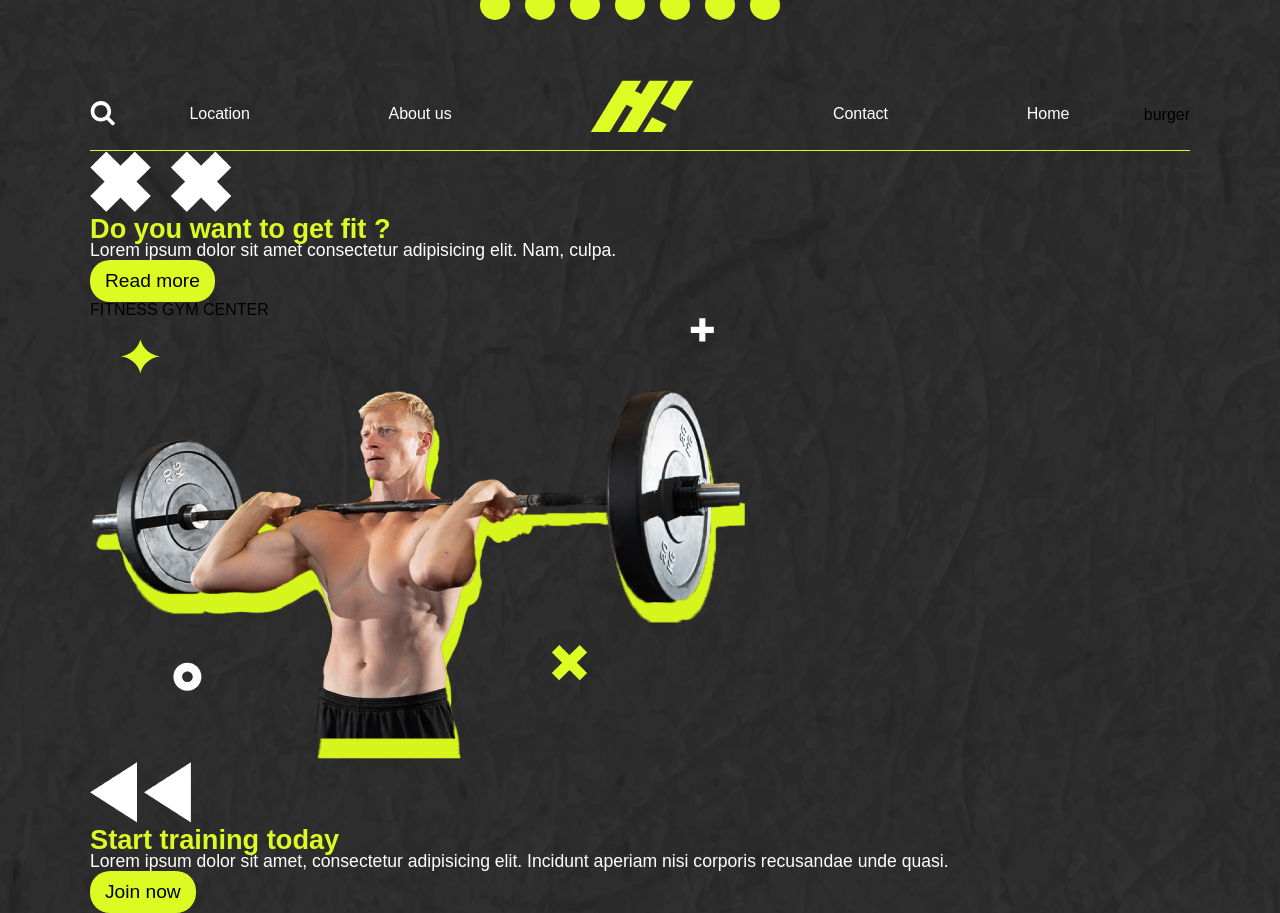
Repository: sem1103/fitness-test
Page: index.html
The author's editor kept a copy of each file at every save. The page is drawn from the files as they stood at one save, then again after the next save.
The browser window is 1280 px wide. The pictures show the whole page.

Above is the page before, as saved 2023-11-03 18:43:30.

### index.html
<!DOCTYPE html>
<html lang="en">
<head>
    <meta charset="UTF-8">
    <meta name="viewport" content="width=device-width, initial-scale=1.0">
    <title>Fitness</title>
    <link rel="stylesheet" href="style/reset.css"/>
    <link rel="stylesheet" href="style/main.css"/>
</head>
<body>
    <div id="circles">
        <ul>
            <li></li>
            <li></li>
            <li></li>
            <li></li>
            <li></li>
            <li></li>
            <li></li>
        </ul>
    </div>
    <header class="container">
        <div id="search">
            <svg version="1.2" xmlns="http://www.w3.org/2000/svg" viewBox="0 0 25 25" width="25" height="25"><style>.a{fill:#fff}</style><path fill-rule="evenodd" class="a" d="m23 24.2c-0.5 0-1 0-1.4-0.5-4.9-4.9-4.9-4.9-4.9-4.9-1.9 1.2-3.7 1.6-5.8 1.6-5.6 0-10.2-4.4-10.2-10 0-5.8 4.6-10.3 10.2-10.3 5.6 0 10.2 4.5 10.2 10.3 0 1.9-0.7 4-1.9 5.6 4.9 5.1 4.9 5.1 4.9 5.1 0.5 0.3 0.7 0.7 0.7 1.2 0 1.2-0.9 1.9-1.8 1.9zm-12.1-20.3c-3.7 0-6.5 2.8-6.5 6.5 0 3.5 2.8 6.3 6.5 6.3 3.5 0 6.5-2.8 6.5-6.3 0-3.7-3-6.5-6.5-6.5z"/></svg>
        </div>
        <nav>
            <ul>
                <li><a href="">Location</a></li>
                <li><a href="">About us</a></li>
                <li><a href=""><img src="./img/logo.png" alt="Logo"></a></li>
                <li><a href="">Contact</a></li>
                <li><a href="">Home</a></li>
            </ul>
        </nav>
        <div id="burger__menu">burger</div>
    </header>
    <main>

        <div id="intro" class="container">
            <div class="side__section">
                <div class="img">
                    <img src="img/section-one.png" alt="">
                </div>
                <h2>Do you want
                    to get fit ?</h2>
                <p>Lorem ipsum dolor sit amet consectetur adipisicing elit. Nam, culpa.</p>
                <button>Read more</button>
            </div>
            <div class="main__section">
                <h1>FITNESS GYM
                    CENTER</h1>
                <img src="img/section-two.png" alt="">
            </div>
            <div class="side__section">
                <div class="img">
                    <img src="img/section-three.png" alt="">
                </div>
                <h2>Start training
                    today</h2>
                <p>Lorem ipsum dolor sit amet, consectetur adipisicing elit. Incidunt aperiam nisi corporis recusandae unde quasi.</p>
                <button>Join now</button>
            </div>
        </div>


    </main>
</body>
</html>

### style/reset.css
html, body, div, span, applet, object, iframe,
h1, h2, h3, h4, h5, h6, p, blockquote, pre,
a, abbr, acronym, address, big, cite, code,
del, dfn, em, img, ins, kbd, q, s, samp,
small, strike, strong, sub, sup, tt, var,
b, u, i, center,
dl, dt, dd, ol, ul, li,
fieldset, form, label, legend,
table, caption, tbody, tfoot, thead, tr, th, td,
article, aside, canvas, details, embed,
figure, figcaption, footer, header, hgroup,
menu, nav, output, ruby, section, summary,
time, mark, audio, video {
	margin: 0;
	padding: 0;
	border: 0;
	font-size: 100%;
	font: inherit;
	vertical-align: baseline;
}
/* HTML5 display-role reset for older browsers */
article, aside, details, figcaption, figure,
footer, header, hgroup, menu, nav, section {
	display: block;
}
body {
	line-height: 1;
	font-family: Arial, Helvetica, sans-serif;
}
ol, ul {
	list-style: none;
}
blockquote, q {
	quotes: none;
}
blockquote:before, blockquote:after,
q:before, q:after {
	content: '';
	content: none;
}
table {
	border-collapse: collapse;
	border-spacing: 0;
}
a{
	text-decoration: none;
}

### style/main.css
.container {
    max-width: 1100px;
    margin: auto;
}

body {
    background: url(./../img/background.png) center/cover;
    min-height: 100vh;
}

#circles ul {
    display: flex;
    flex-direction: row;
    width: 100%;
    justify-content: center;
    gap: 15px;
    margin: -10px;
}

#circles li {
    padding: 15px;
    border-radius: 50%;
    background-color: #dbfb23;
}

header {
    padding: 70px 0 0 0;
    border-bottom: 1px solid #dbfb23;
}

header,
nav ul {
    display: flex;
    flex-direction: row;
    justify-content: space-between;
    align-items: center;
}

nav {
    flex-basis: 80%;
}

nav ul {
    align-items: stretch;
}

nav li {
    display: flex;
    align-items: center;
    transition: all .3s ease-in-out;
    border-bottom: 2px solid transparent;
}
nav li:nth-child(3){
    margin: 0 0 15px 0;
    border: 0;
}
nav a {
    color: #fff;
}

nav li:hover {
    color: #dbfb23;
    transition: all .3s ease-in-out;
    border-color: #fff;
}
h2{
    color: #dbfb23;
    font-size: 1.7rem;
    font-weight: 600;
}
#intro p{
    color: #fff;
    font-size: 1.1rem;
}

#intro button{
    border: 0;
    outline: 0;
    padding: 10px 15px;
    background-color: #dbfb23;
    border-radius: 20px;
    font-size: 1.2rem;
    cursor: pointer;
}

After the next save:
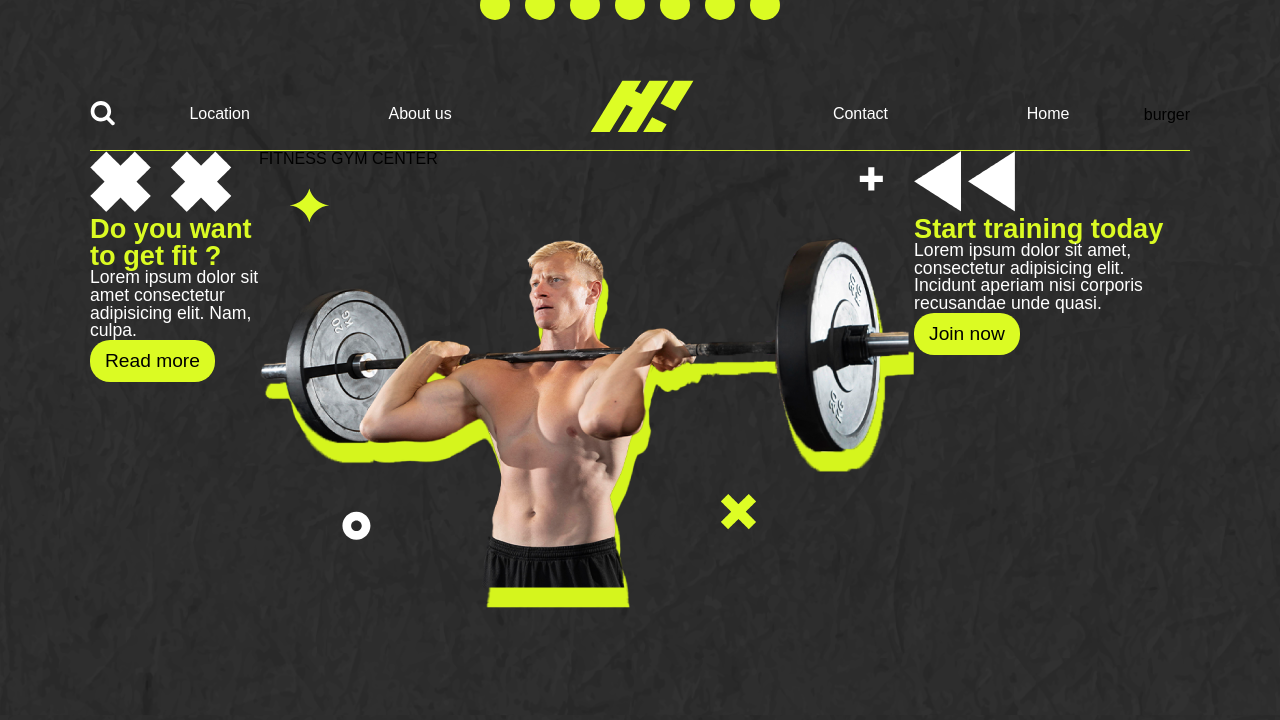
Saved 13 s later.
--- a/style/main.css
+++ b/style/main.css
@@ -68,6 +68,10 @@
     font-size: 1.7rem;
     font-weight: 600;
 }
+#intro{
+    display: flex;
+    flex-direction: row;
+}
 #intro p{
     color: #fff;
     font-size: 1.1rem;
